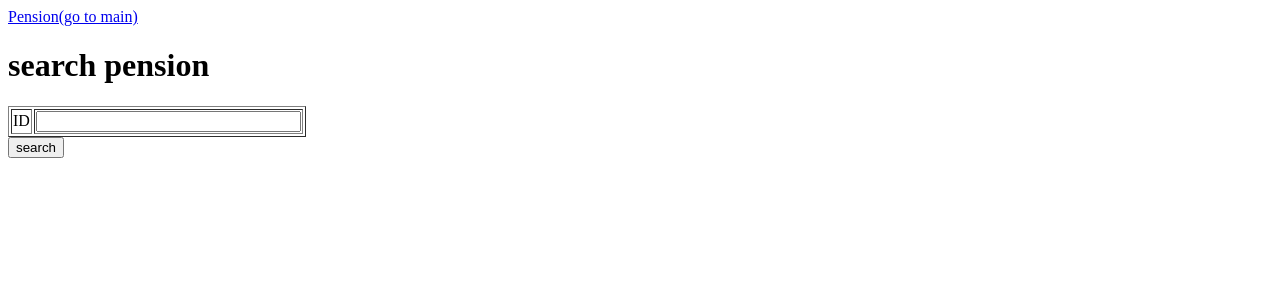
Repository: spero-spera/termproject
Page: http://localhost/pension/search.php
The author's editor kept a record of every edit. The page is drawn from the files as they stood at one moment, then again after the next edit.
The browser window is 1280 px wide. The pictures show the whole page.
The page is run by PHP 8.4 with error messages shown; the project is at /var/www/html/.

Above is the page before.

After the next edit:
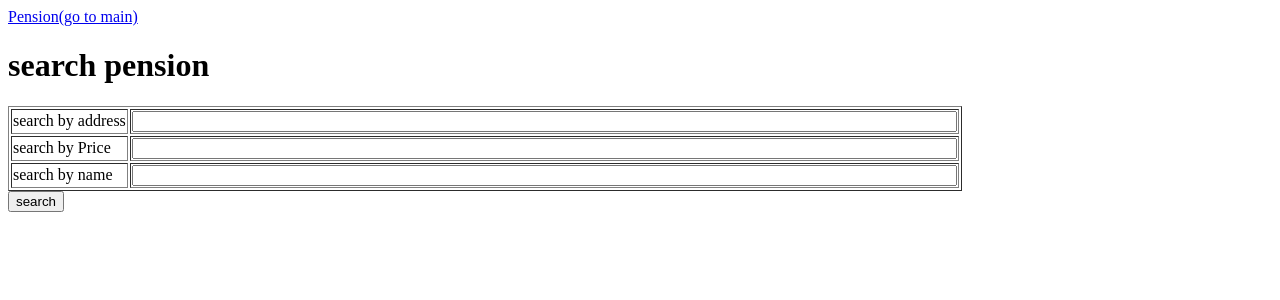
The edit:
--- a/pension/search.php
+++ b/pension/search.php
@@ -12,8 +12,16 @@
  <h1>search pension</h1>
  <table border="1">
      <tr>
-   <td>ID</td>
-   <td><input type="text" size="30" name="id"></td>
+   <td>search by address</td>
+   <td><input type="text" size="100" name="addr"></td>
+  </tr>
+     <tr>
+   <td>search by Price</td>
+   <td><input type="text" size="100" name="Price"></td>
+  </tr>
+    <tr>
+   <td>search by name</td>
+   <td><input type="text" size="100" name="name"></td>
   </tr>
   </table>
  <input type=submit value="search">
